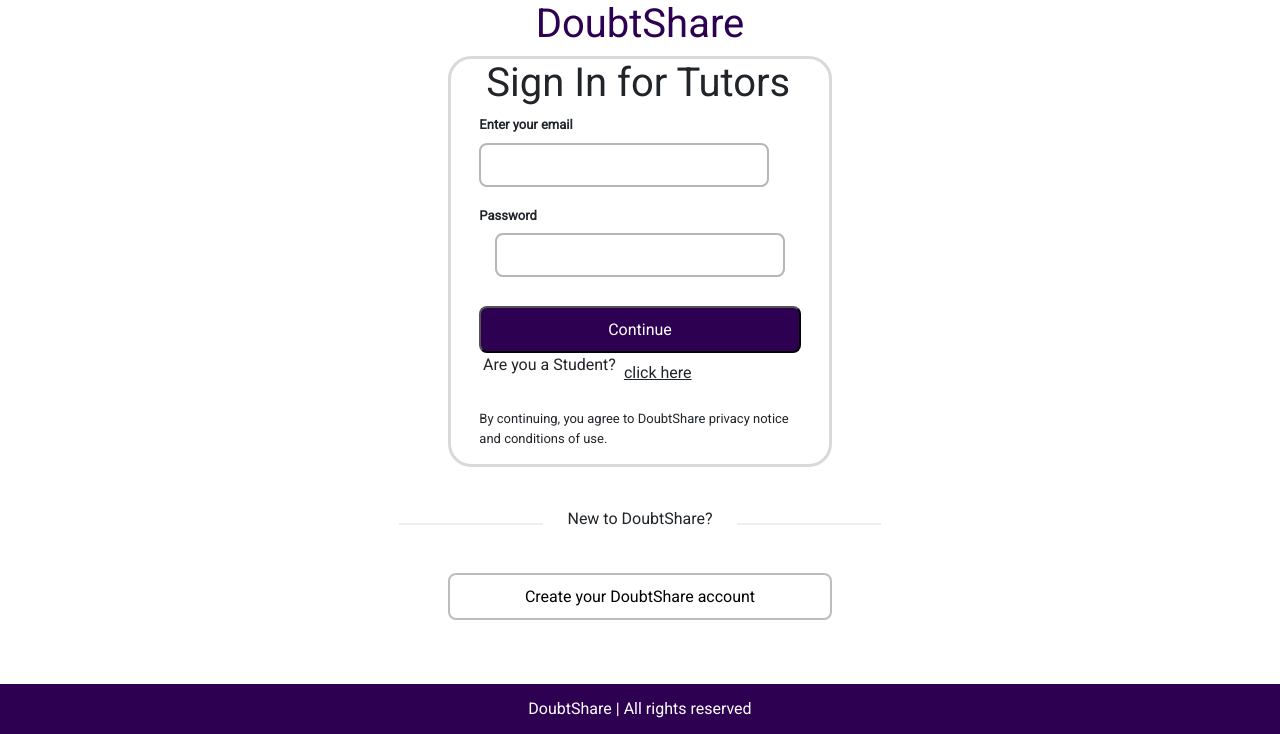
Repository: drumsmanku/doubtshare
Page: /login/tutor (app in frontend/)
The author's editor kept a copy of each file at every save. The page is drawn from the files as they stood at one save, then again after the next save.
The browser window is 1280 px wide. The pictures show the whole page.
The project was rebuilt for these pictures with package versions that can differ from the ones it lists, and the page was loaded fresh each time. Also part of the build but not shown: frontend/src/App.css, frontend/src/Components/Register/Register.js, frontend/src/Components/Dashboard/Sidebar.js, frontend/src/Components/Dashboard/Profile.js, frontend/src/Components/CreateDoubtForm/CreateDoubtForm.js, frontend/src/Components/Dashboard/Dashboard.js, frontend/src/Components/Login/Login.js, frontend/src/Components/RegisterTutor/RegisterTutor.js and 1 more.

Above is the page before, as saved 2023-12-30 21:03:52.

### frontend/src/App.js
import './App.css';
import { BrowserRouter as Router, Route, Routes} from 'react-router-dom';
import 'bootstrap/dist/css/bootstrap.min.css';
import Register from './Components/Register/Register';
import Dashboard from './Components/Dashboard/Dashboard';
import Login from './Components/Login/Login';
import LoginTutor from './Components/LoginTutor/LoginTutor';
import RegisterTutor from './Components/RegisterTutor/RegisterTutor';
import DashboardTutor from './Components/DashboardTutor/DashboardTutor';

function App() {
  return (
    <div className="App">
      <Router>
        <Routes>
          <Route path='/' element={<Dashboard/>}/>
          <Route path='/tutor' element={<DashboardTutor/>}/>
          <Route path='/register/student' element={<Register/>}/>
          <Route path='/login/student' element={<Login/>}/>
          <Route path='/login/tutor' element={<LoginTutor/>}/>
          <Route path='/register/tutor' element={<RegisterTutor/>}/>
        </Routes>
      </Router>
    </div>
  );
}

export default App;

### frontend/src/Components/LoginTutor/LoginTutor.js
import React, { useState } from 'react';
import { useNavigate } from 'react-router-dom';
import axios from 'axios';
import styles from './LoginTutor.module.css';

const DivStyles={
  display: 'flex',
  flexDirection: 'column',
  marginBottom: '1.2rem',
  alignItems: 'flex-start',
  width: '85%',
}
const InputStyles={
  width: '90%',
  padding:'0.5rem 0.5rem 0.5rem 0.5rem',
  borderRadius: '8px',
  border:'2px solid #B6B6B6',
  marginTop: '0.5rem',
}

function LoginTutor() {
  const navigate = useNavigate();
  const [error, setError]=useState('');
  const [user, setUser] = useState({
    email: '',
    password: '',
  });

  const handleChange = e => {
    setUser({
      ...user,
      [e.target.name]: e.target.value
    });
  };
  const login = (event) => {
    event.preventDefault();
    axios.post('http://localhost:4000/login/tutor', user)
      .then(res => {
        localStorage.setItem('token', res.data.token);
        localStorage.setItem('user', res.data.name);
        const tokenData=localStorage.getItem('token')
        if(tokenData!=='undefined') {
          navigate('/tutor')
        }
        else{
         setError('Invalid credentials');
        }


      })
      .catch(err => console.log(err));
  };
  return (
    <div className={styles.container}>
      <div className={styles.heading}>
        <h1 style={{fontWeight:'500'}}>DoubtShare</h1>
      </div>
      <h1 className={styles.welcomeText} >Welcome</h1>
      <div className={styles.mainBody}>
        <form className={styles.form}>

          <div className={styles.inputContainer}>
            <h1 className={styles.signInText}>Sign In for Tutors </h1>


            <div style={DivStyles}>
              <label htmlFor="email" style={{fontWeight:600, fontSize:'small'}}>Enter your email </label>
              <input type="text" name="email" value={user.email} onChange={handleChange} style={InputStyles}/>
            </div>


            <div style={DivStyles}>
              <label htmlFor="password" style={{fontWeight:600, fontSize:'small'}}>Password</label>
              <input type="password" name="password" value={user.password} onChange={handleChange} style={InputStyles} />
            </div>
            <span style={{color:'red', fontSize:'small', marginBottom:'0.6rem'}}>
              {error}
            </span>

          </div>

          <div style={{width:'100%', display:'flex', justifyContent:'center'}}>
            <button className={styles.buttonStyles} type="submit" style={{ cursor:'pointer'}} onClick={login}>Continue</button>
          </div>

          <div style={{width:'100%', display:'flex', alignItems:'center', paddingLeft:'2rem'}}>
             <p>Are you a Student?</p>
             <u style={{ cursor:'pointer', marginLeft:'0.5rem'}} onClick={()=>{navigate('/login/student')}}>click here</u>
          </div>

          <div style={{width:'100%', display:'flex', justifyContent:'center', marginTop:'1rem'}}>
            <p style={{width:'85%', textAlign:'left',fontSize:'small',  marginTop:0}}>By continuing, you agree to DoubtShare privacy notice and conditions of use.
            </p>
          </div>

        </form>
        <div style={{display:'flex', marginTop:'2.5rem'}}>
          <hr className={styles.wideLine} />
          <span className={styles.newToMusic} >New to DoubtShare?</span>
          <hr className={styles.wideLine} />
        </div>

        <button className={styles.notLoggedInButton}  onClick={()=>{navigate('/register/tutor')}}>Create your DoubtShare account</button>
      </div>


      <footer style={{ backgroundColor:'#2E0052', width:'100%', padding:'0.8rem 0 0.8rem 0', color:'white', textAlign:'center'}}>
          DoubtShare | All rights reserved
      </footer>
    </div>
  )
}

export default LoginTutor

### frontend/src/Components/Register/Register.module.css
@import url('https://fonts.googleapis.com/css2?family=DM+Sans&family=Roboto&display=swap');

body{
  font-family: 'Roboto';
}

.container{
  height: 100vh;
  width: 100%;
  display: flex;
  flex-direction: column;

  align-items: center;
  justify-content: space-between;
}

.form{
  display: flex;
  flex-direction: column;
  border: 3px solid #D9D9D9;
  border-radius: 23.2px;
  width: 30%;

}
.inputContainer{
  display: flex;
  align-items: center;
  flex-direction: column;
}

.buttonStyles{
  width: 85%;
  background-color: #2E0052;
  border-radius: 8px;
  color: white;
  padding: 0.6rem 0 0.6rem 0;
  font-family: 'Roboto';
  font-weight: 500;
  font-size: medium;
}

.welcomeText{
  display: none;
}

.heading{
  display: flex;
  align-items: center;
  font-family: 'Roboto';
  color: #2E0052;
  font-weight: 500;
}
@media (max-width: 768px){
  .heading{
    background-color: #2E0052;
    width: 100%;
    height: 8%;
    display: flex;
    padding-left: 2rem;
    align-items: center;
    color: white;
    font-size: small;
    font-weight: 400;
  }
  .form{
    width: 80%;
  }
  .notLoggedInButton{
    width: 80%;
  }
  .wideLine{
    width: 5rem;
  }
  .newToMusic{
    margin:0 1.5rem 0 1rem;
  }
  hr {
    width: 4rem;
  }
  .welcomeText {
    display: block;
    font-weight: 500;
    width: 80%;
    text-align: start;
  }
  .inputContainer>h1{
    font-size: medium;
    font-weight: 500;
    padding-left: 1.5rem;
  }
  .alreadyCustomer{
    font-weight: 400;
    display: inline-block;
  }
  footer{
    margin-top: 1rem;
  }
}

### frontend/src/Components/Dashboard/Dashboard.module.css
@import url('https://fonts.googleapis.com/css2?family=DM+Sans&family=Roboto&display=swap');

body{
  font-family: 'Roboto';
}
.container{
  width: 100vw;
  height: 100vh;
  display: flex;
}

.navbar{
  width: 100%;
  background-color: #333;
  height: 7%;
}
.navBarContent{
  padding: 0.8rem 2rem 0.8rem 2rem ;
  display: flex;
  justify-content: space-between;
  color: white;
}
.logoutButton{
  background: none;
  border: none;
  outline: none ;
  color: white;
  font-size: medium;
  cursor: pointer;
  font-weight: 600;
}

.loginButton{
  background:none;
  color: white;
  font-size: medium;
  border: none;
  cursor: pointer;

}
.signupButton{
  background:none;
  color: white;
  font-size: medium;
  border: none;
  cursor: pointer;
}

.mainContent{
  display: flex;
  height: 100%;
  flex-direction: column;
  justify-content: center;

}

### frontend/src/Components/Login/Login.module.css
@import url('https://fonts.googleapis.com/css2?family=DM+Sans&family=Roboto&display=swap');

body{
  font-family: 'Roboto';
}

.container{
  height: 100vh;
  width: 100%;
  display: flex;
  flex-direction: column;
  justify-content: space-between;
  align-items: center;
}

.form{
  display: flex;
  flex-direction: column;
  border: 3px solid #D9D9D9;
  border-radius: 23.2px;
  width: 30%;

}
.inputContainer{
  display: flex;
  align-items: center;
  flex-direction: column;
}

.buttonStyles{
  width: 85%;
  background-color: #2E0052;
  border-radius: 8px;
  color: white;
  padding: 0.6rem 0 0.6rem 0;
  font-family: 'Roboto';
  font-weight: 500;
  font-size: medium;
}
.notLoggedInButton{
  width: 30%;
  background:none;
  border: 2px solid #BDBDBD;
  border-radius: 8px;
  color: black;
  padding: 0.6rem 0 0.6rem 0;
  font-family: 'Roboto';
  font-weight: 500;
  font-size: medium;
  margin-top: 2rem;
  cursor: pointer;
}
.heading{
  display: flex;
  align-items: center;
  font-family: 'Roboto';
  color: #2E0052;
  font-weight: 500;
}
.newToMusic{
  margin:0 1.5rem 0 1.5rem;
}
.wideLine {
  height: 2px;
  width: 9rem;
  background-color: #BDBDBD;
  border: none;
}

.welcomeText{
  display: none;
}
.signInText{
  align-self: flex-start;
  padding-left: 2.2rem;
  font-weight: 500;
}
.alreadyCustomer{

  display: none;
}

.mainBody{
  width: 100%;
  display: flex;
  flex-direction: column;
  align-items: center;
  margin-bottom: 4rem;
}

@media (max-width: 768px){
  .heading{
    background-color: #2E0052;
    width: 100%;
    height: 8%;
    display: flex;
    padding-left: 2rem;
    align-items: center;
    color: white;
    font-size: small;
    font-weight: 400;
  }
  .form{
    width: 80%;
  }
  .notLoggedInButton{
    width: 80%;
  }
  .wideLine{
    width: 5rem;
  }
  .newToMusic{
    margin:0 1.5rem 0 1rem;
  }
  .wideLine{
    width: 4rem;
  }
  .welcomeText {
    display: block;
    font-weight: 500;
    width: 80%;
    text-align: start;
  }
  .inputContainer>h1{
    font-size: medium;
    font-weight: 500;
    padding-left: 1.5rem;
  }
  .alreadyCustomer{
    font-weight: 400;
    display: inline-block;
  }
}

### frontend/src/Components/LoginTutor/LoginTutor.module.css
@import url('https://fonts.googleapis.com/css2?family=DM+Sans&family=Roboto&display=swap');

body{
  font-family: 'Roboto';
}

.container{
  height: 100vh;
  width: 100%;
  display: flex;
  flex-direction: column;
  justify-content: space-between;
  align-items: center;
}

.form{
  display: flex;
  flex-direction: column;
  border: 3px solid #D9D9D9;
  border-radius: 23.2px;
  width: 30%;

}
.inputContainer{
  display: flex;
  align-items: center;
  flex-direction: column;
}

.buttonStyles{
  width: 85%;
  background-color: #2E0052;
  border-radius: 8px;
  color: white;
  padding: 0.6rem 0 0.6rem 0;
  font-family: 'Roboto';
  font-weight: 500;
  font-size: medium;
}
.notLoggedInButton{
  width: 30%;
  background:none;
  border: 2px solid #BDBDBD;
  border-radius: 8px;
  color: black;
  padding: 0.6rem 0 0.6rem 0;
  font-family: 'Roboto';
  font-weight: 500;
  font-size: medium;
  margin-top: 2rem;
  cursor: pointer;
}
.heading{
  display: flex;
  align-items: center;
  font-family: 'Roboto';
  color: #2E0052;
  font-weight: 500;
}
.newToMusic{
  margin:0 1.5rem 0 1.5rem;
}
.wideLine {
  height: 2px;
  width: 9rem;
  background-color: #BDBDBD;
  border: none;
}

.welcomeText{
  display: none;
}
.signInText{
  align-self: flex-start;
  padding-left: 2.2rem;
  font-weight: 500;
}
.alreadyCustomer{

  display: none;
}

.mainBody{
  width: 100%;
  display: flex;
  flex-direction: column;
  align-items: center;
  margin-bottom: 4rem;
}

@media (max-width: 768px){
  .heading{
    background-color: #2E0052;
    width: 100%;
    height: 8%;
    display: flex;
    padding-left: 2rem;
    align-items: center;
    color: white;
    font-size: small;
    font-weight: 400;
  }
  .form{
    width: 80%;
  }
  .notLoggedInButton{
    width: 80%;
  }
  .wideLine{
    width: 5rem;
  }
  .newToMusic{
    margin:0 1.5rem 0 1rem;
  }
  .wideLine{
    width: 4rem;
  }
  .welcomeText {
    display: block;
    font-weight: 500;
    width: 80%;
    text-align: start;
  }
  .inputContainer>h1{
    font-size: medium;
    font-weight: 500;
    padding-left: 1.5rem;
  }
  .alreadyCustomer{
    font-weight: 400;
    display: inline-block;
  }
}

### frontend/src/Components/RegisterTutor/RegisterTutor.module.css
@import url('https://fonts.googleapis.com/css2?family=DM+Sans&family=Roboto&display=swap');

body{
  font-family: 'Roboto';
}

.container{
  height: 100vh;
  width: 100%;
  display: flex;
  flex-direction: column;

  align-items: center;
  justify-content: space-between;
}

.form{
  display: flex;
  flex-direction: column;
  border: 3px solid #D9D9D9;
  border-radius: 23.2px;
  width: 30%;

}
.inputContainer{
  display: flex;
  align-items: center;
  flex-direction: column;
}

.buttonStyles{
  width: 85%;
  background-color: #2E0052;
  border-radius: 8px;
  color: white;
  padding: 0.6rem 0 0.6rem 0;
  font-family: 'Roboto';
  font-weight: 500;
  font-size: medium;
}

.welcomeText{
  display: none;
}

.heading{
  display: flex;
  align-items: center;
  font-family: 'Roboto';
  color: #2E0052;
  font-weight: 500;
}
@media (max-width: 768px){
  .heading{
    background-color: #2E0052;
    width: 100%;
    height: 8%;
    display: flex;
    padding-left: 2rem;
    align-items: center;
    color: white;
    font-size: small;
    font-weight: 400;
  }
  .form{
    width: 80%;
  }
  .notLoggedInButton{
    width: 80%;
  }
  .wideLine{
    width: 5rem;
  }
  .newToMusic{
    margin:0 1.5rem 0 1rem;
  }
  hr {
    width: 4rem;
  }
  .welcomeText {
    display: block;
    font-weight: 500;
    width: 80%;
    text-align: start;
  }
  .inputContainer>h1{
    font-size: medium;
    font-weight: 500;
    padding-left: 1.5rem;
  }
  .alreadyCustomer{
    font-weight: 400;
    display: inline-block;
  }
  footer{
    margin-top: 1rem;
  }
}

### frontend/src/Components/CreateDoubtForm/CreateDoubtForm.module.css
.modalAdd {
  position: fixed;
  z-index: 1;
  left: 0;
  top: 0;
  width: 100%;
  height: 100%;
  background-color: rbga(0,0,0,0.4);
  background-color: rgb(0,0,0);
  background-color: rgba(0,0,0,0.6);
}

.modalAddContent {
  background-color: #fefefe;
  margin: 15% auto;
  width: 50%;
}


.modalAddBody{
  display: flex;
  justify-content: space-between;
}
.modalAddBodyLeft {
  display: flex;
  width: 55%;
  padding: 3rem 3rem 6rem 3rem;
  flex-direction: column;
  gap: 10px;
}
.modalAddBodyRight{
  display: flex;
  flex-direction: column;
  width: 40%;
  color: white;
  padding: 4rem 2rem;
  background-color: #36416A;
}

.modalAddBodyLeft form{
  width: 50%;
  display: flex;
  flex-direction: column;
  background-color: white;


  box-shadow: 0 0 17px #00000040;
  border-radius: 1.5rem;
}
.modalAddBodyLeft input[type='text'], [type='password'], [type='email']{
  border-bottom: 1px solid black;
  width: 80%;
  margin-left: 1rem;
  border-top: none;
  border-left: none;
  border-right: none;
  font-size: medium;
}
.close {
  color: #aaa;
  float: right;
  font-size: 28px;
  font-weight: bold;
}

.close:hover,
.close:focus {
  color: black;
  text-decoration: none;
  cursor: pointer;
}
.addPopupButton{
  padding-left: 1.7rem;
  padding-right: 1.7rem;
  color: white;
  height: 2rem;
  font-size: medium;
  border-radius: 1rem;
  border: none;
  background-color: #36416A;
  margin-top: 2rem;
}

Loaded but not shown: frontend/public/index.html (common file); frontend/src/index.js (common file); frontend/src/index.css (common file)

After the next save:
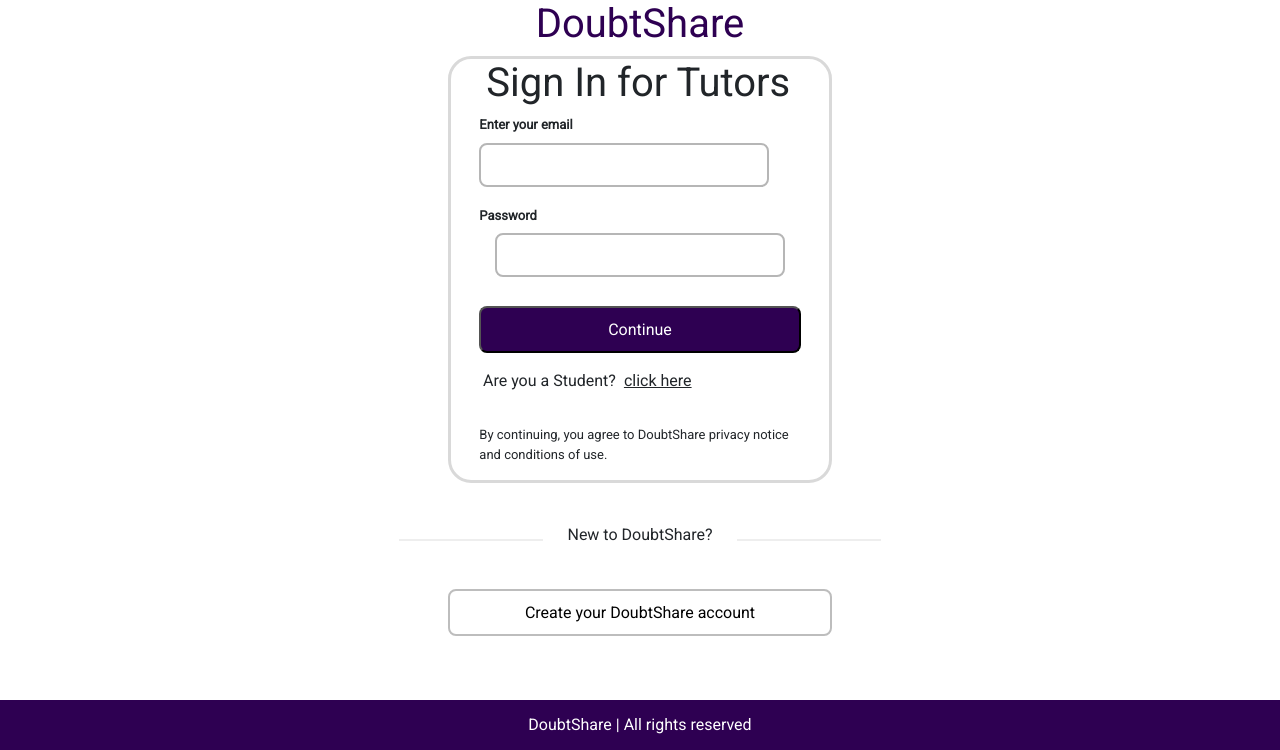
Saved 27 s later.
--- a/frontend/src/Components/LoginTutor/LoginTutor.js
+++ b/frontend/src/Components/LoginTutor/LoginTutor.js
@@ -83,7 +83,7 @@ function LoginTutor() {
             <button className={styles.buttonStyles} type="submit" style={{ cursor:'pointer'}} onClick={login}>Continue</button>
           </div>
 
-          <div style={{width:'100%', display:'flex', alignItems:'center', paddingLeft:'2rem'}}>
+          <div style={{width:'100%', display:'flex',  paddingTop:'1rem', paddingLeft:'2rem'}}>
              <p>Are you a Student?</p>
              <u style={{ cursor:'pointer', marginLeft:'0.5rem'}} onClick={()=>{navigate('/login/student')}}>click here</u>
           </div>
